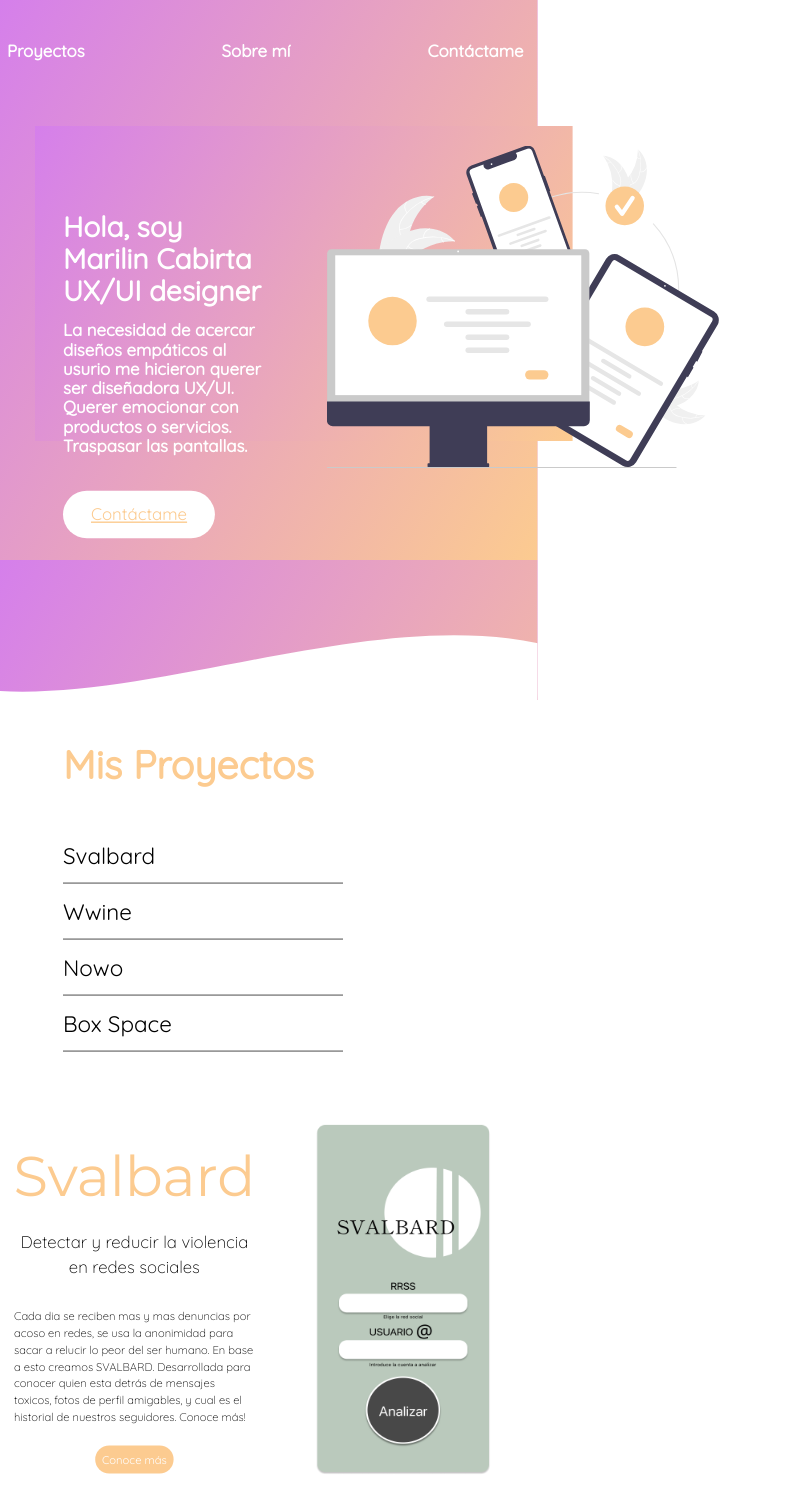
Repository: Marilyncabirta/portfolioHTML
Page: index.html
An editor plug-in stored every save of this project. The page is shown before and after the next save, followed by the edit.
The browser window is 768 px wide. The page is 1147 px wide, so the pictures cover 1147 px, including what lies to the right of the window. The pictures show the part of the page from y = 0 to 2160 px (the page is 4465 px tall before and 4265 px after), at 70% of full size.
Backgrounds fixed to the window are drawn as part of the page. Some web libraries are served in a nearby version.

Above is the page before, as saved 2022-12-16 12:42:15.

After the next save:
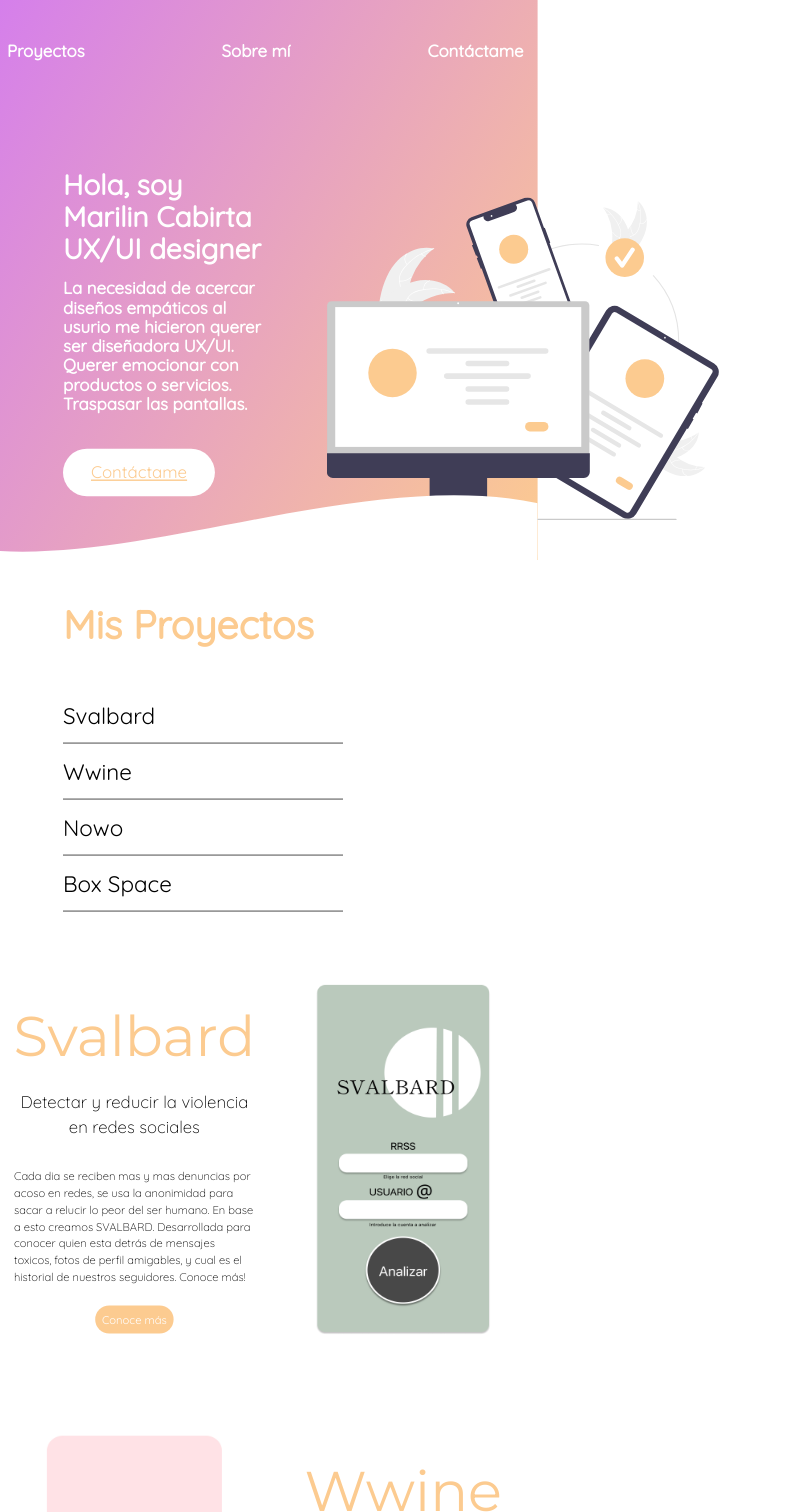
Saved 9 s later.
--- a/css/estilos.css
+++ b/css/estilos.css
@@ -372,9 +372,9 @@ text-decoration: underline;
             font-size: 1.5rem;
         }
 
-        .hero__contenedor{
+        .hero{
             width: 100%;
-            height: 400px;
+            height: 800px;
             background-image: var(--background);
             background-repeat: no-repeat;
             background-attachment: fixed;
